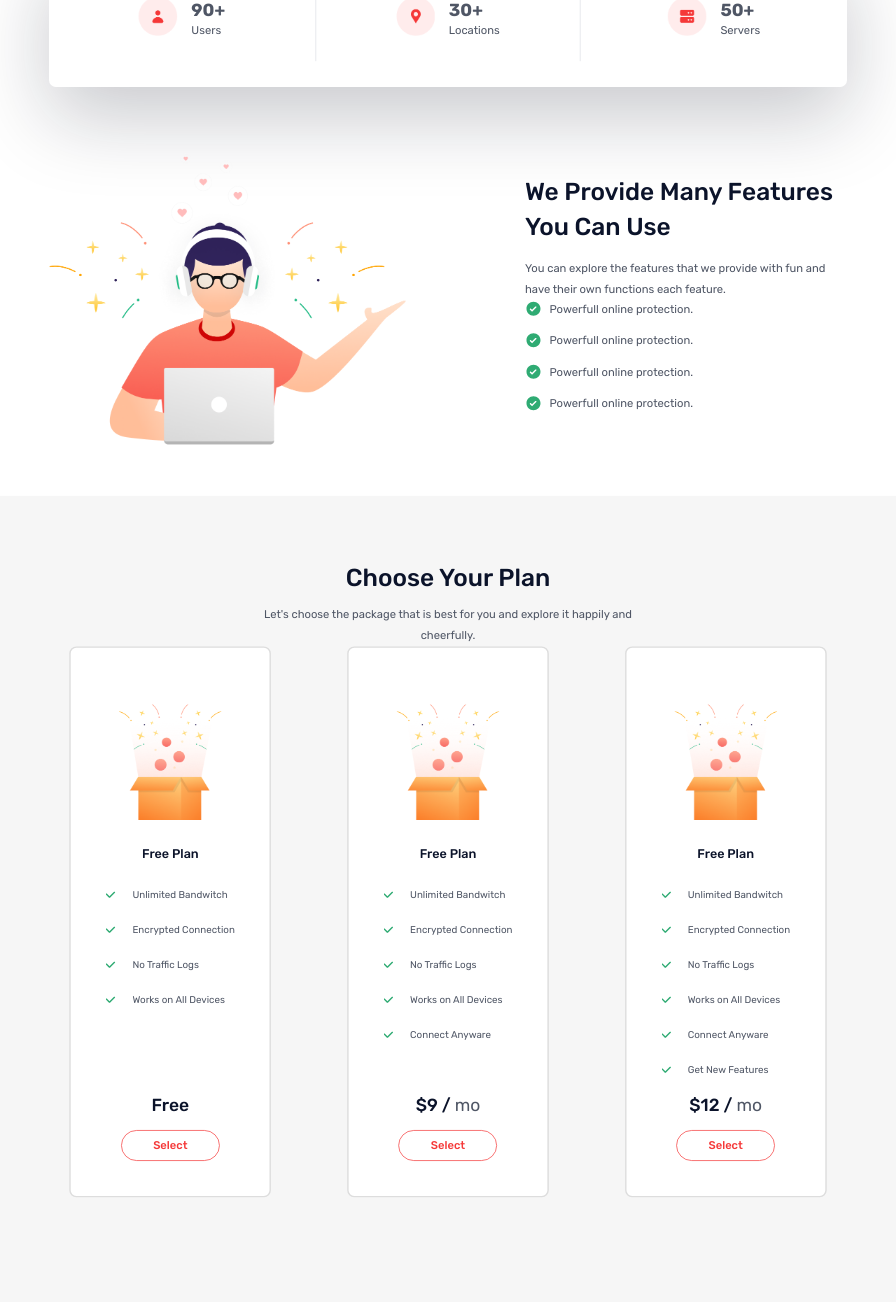
Repository: PhamTrungNguyen/LuyenTap
Page: LT_Figma/index.html
An editor plug-in stored every save of this project. The page is shown before and after the next save, followed by the edit.
The browser window is 1280 px wide. The pictures show the part of the page from y = 679 to 2599 px (the page is 2539 px tall before and 2599 px after), at 70% of full size.
Some web libraries are served in a nearby version. The style sheet was rebuilt from its Sass, Less or Tailwind sources for each picture, by a compiler version that may differ from the author's.

Above is the page before, as saved 2021-12-08 22:44:54.
Console error: TypeError: Cannot read properties of null (reading 'addEventListener')

After the next save:
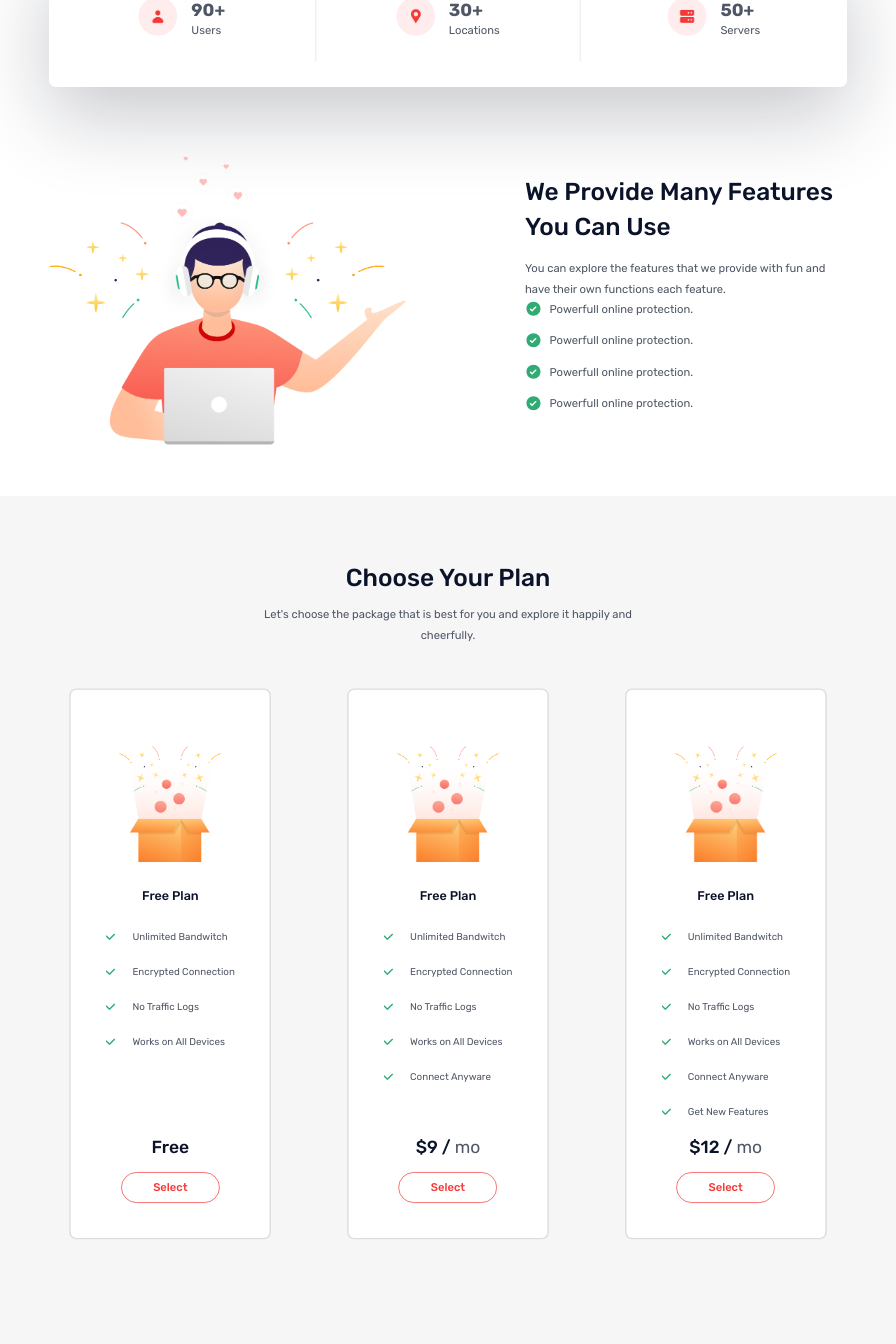
Saved 13 s later.
--- a/LT_Figma/sass/_plan.scss
+++ b/LT_Figma/sass/_plan.scss
@@ -6,6 +6,7 @@
         margin: 0 auto;
         text-align: center;
         max-width:530px;
+        margin-bottom: 6rem;
         &_title{
             font-weight: 500;
             font-size: 35px;
@@ -14,7 +15,6 @@
         }
         &_desc{
             line-height: calc(30 /16);
-            margin-bottom: 6rem;
         }
     }
     &-main{
